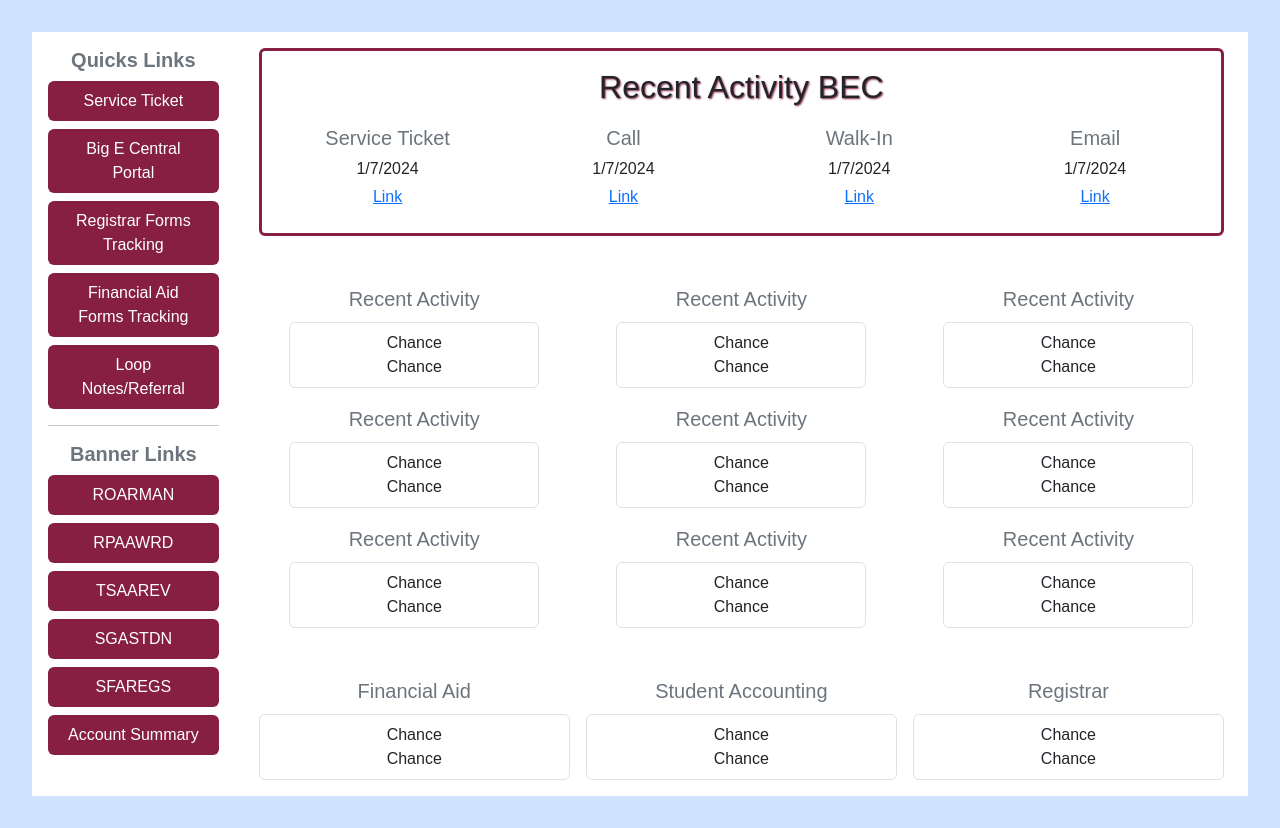
Repository: chancellor-w-whitaker/bec-tab
Page: /
An editor plug-in stored every save of this project. The page is shown before and after the next save, followed by the edit.
The browser window is 1280 px wide. The pictures show the whole page.
Some web fonts or font styles are not loaded; a fallback is used. The project was rebuilt for these pictures with package versions that can differ from the ones it lists, and the page was loaded fresh each time. Also part of the build but not shown: vite.config.js.

Above is the page before, as saved 2024-01-07 19:07:29.

### src/main.jsx
// Bootstrap Bundle JS
import "bootstrap/dist/js/bootstrap.bundle.min";
// Bootstrap CSS
import "bootstrap/dist/css/bootstrap.min.css";
import ReactDOM from "react-dom/client";
import React from "react";

import App from "./App.jsx";
import "./index.css";

ReactDOM.createRoot(document.getElementById("root")).render(
  <React.StrictMode>
    <App />
  </React.StrictMode>
);

### src/App.jsx
import { useEffect } from "react";

import "./App.css";

const genericSentences = [
  `It is a long established fact that a reader will be distracted by the readable content of a page when looking at its layout.`,
  `The point of using Lorem Ipsum is that it has a more-or-less normal distribution of letters, as opposed to using 'Content here, content here', making it look like readable English.`,
  `Many desktop publishing packages and web page editors now use Lorem Ipsum as their default model text, and a search for 'lorem ipsum' will uncover many web sites still in their infancy.`,
  `Various versions have evolved over the years, sometimes by accident, sometimes on purpose (injected humour and the like).`,
];

const ekuMaroon = "#861f41";

const SomeBlock = ({
  paragraph = genericSentences.slice(0, 1).map((sen) => sen),
  href = "https://www.eku.edu/",
  title = "Chancellor",
  linkText = "Link",
  date,
}) => {
  return (
    <div className="p-2 d-flex flex-column gap-1 col">
      <div className="fs-5 text-secondary fw-medium">{title}</div>
      <div>{date}</div>
      <a rel="noreferrer" target="_blank" href={href}>
        {linkText}
      </a>
    </div>
  );
};

const ShadowyTitle = ({ children = "Placeholder" }) => {
  return (
    <div
      style={{ textShadow: `1px 1px 2px ${ekuMaroon}` }}
      className="fs-2 lh-sm"
    >
      {children}
    </div>
  );
};

const useBodyBgVariant = (bgVariant = "body-tertiary") => {
  useEffect(() => {
    document.body.classList.add(`bg-${bgVariant}`);

    return () => {
      document.body.classList.remove(`bg-${bgVariant}`);
    };
  }, [bgVariant]);
};

const Card = ({
  children = (
    <>
      <div>Chance</div>
      <div>Chance</div>
    </>
  ),
  title = "Recent Activity",
  width = 250,
}) => {
  return (
    <>
      <div className="d-flex flex-column gap-2 text-center" style={{ width }}>
        <div className="fs-5 text-secondary fw-medium">{title}</div>
        <div className="p-2 border rounded bg-white">{children}</div>
      </div>
    </>
  );
};

const NavItem = ({ href = "https://www.eku.edu/", ...rest }) => {
  return (
    <li className="nav-item">
      <a
        style={{ backgroundColor: ekuMaroon }}
        className="nav-link active"
        aria-current="page"
        rel="noreferrer"
        target="_blank"
        href={href}
        {...rest}
      ></a>
    </li>
  );
};

const Sidebar = () => {
  return (
    <>
      <div className="sidebar col-md-3 col-lg-2 p-3 bg-white">
        <div className="d-flex flex-column text-center">
          <div className="fs-5 mb-2 lh-sm fw-semibold text-secondary">
            Quicks Links
          </div>
          <ul className="nav nav-pills flex-column gap-2">
            <NavItem>Service Ticket</NavItem>
            <NavItem>Big E Central Portal</NavItem>
            <NavItem>Registrar Forms Tracking</NavItem>
            <NavItem>Financial Aid Forms Tracking</NavItem>
            <NavItem>Loop Notes/Referral</NavItem>
          </ul>
        </div>
        <hr></hr>
        <div className="d-flex flex-column text-center">
          <div className="fs-5 mb-2 lh-sm fw-semibold text-secondary">
            Banner Links
          </div>
          <ul className="nav nav-pills flex-column gap-2">
            <NavItem>ROARMAN</NavItem>
            <NavItem>RPAAWRD</NavItem>
            <NavItem>TSAAREV</NavItem>
            <NavItem>SGASTDN</NavItem>
            <NavItem>SFAREGS</NavItem>
            <NavItem>Account Summary</NavItem>
          </ul>
        </div>
      </div>
    </>
  );
};

const Main = () => {
  return (
    <>
      <div className="col-md-9 ms-sm-auto col-lg-10 px-md-4 py-3 bg-white">
        <div className="d-flex flex-column gap-5">
          {/* <div className="text-bg-light p-2"></div> */}
          {/* <Card width={"auto"}></Card> */}
          <div
            className="rounded text-center p-3 d-flex flex-column gap-2"
            style={{ border: `3px solid ${ekuMaroon}` }}
          >
            <ShadowyTitle>Recent Activity BEC</ShadowyTitle>
            <div className="d-flex gap-3 flex-wrap text-nowrap">
              <SomeBlock title={"Service Ticket"} date={"1/7/2024"}></SomeBlock>
              <SomeBlock date={"1/7/2024"} title={"Call"}></SomeBlock>
              <SomeBlock date={"1/7/2024"} title={"Walk-In"}></SomeBlock>
              <SomeBlock date={"1/7/2024"} title={"Email"}></SomeBlock>
            </div>
          </div>
          <div className="d-flex flex-row flex-wrap justify-content-around gap-3">
            <Card></Card>
            <Card></Card>
            <Card></Card>
            <Card></Card>
            <Card></Card>
            <Card></Card>
            <Card></Card>
            <Card></Card>
            <Card></Card>
          </div>
          <div className="d-flex flex-row gap-3">
            <Card title="Financial Aid" width="100%"></Card>
            <Card title="Student Accounting" width="100%"></Card>
            <Card title="Registrar" width="100%"></Card>
          </div>
        </div>
      </div>
    </>
  );
};

const App = () => {
  useBodyBgVariant("primary-subtle");

  return (
    <div className="container-fluid">
      <div className="row">
        <Sidebar></Sidebar>
        <Main></Main>
      </div>
    </div>
  );
};

export default App;

### src/index.css
@font-face {
  font-family: poppins;
  font-style: normal;
  font-weight: 400;
  src: local("Poppins"),
    url(https://fonts.cdnfonts.com/s/16009/Poppins-Regular.woff) format("woff");
}
@font-face {
  font-family: poppins;
  font-style: normal;
  font-weight: 400;
  src: local("Poppins"),
    url(https://fonts.cdnfonts.com/s/16009/Poppins-Regular.woff) format("woff");
}
@font-face {
  font-family: poppins;
  font-style: italic;
  font-weight: 400;
  src: local("Poppins"),
    url(https://fonts.cdnfonts.com/s/16009/Poppins-Italic.woff) format("woff");
}
@font-face {
  font-family: poppins;
  font-style: italic;
  font-weight: 400;
  src: local("Poppins"),
    url(https://fonts.cdnfonts.com/s/16009/Poppins-Italic.woff) format("woff");
}
@font-face {
  font-family: poppins;
  font-style: normal;
  font-weight: 250;
  src: local("Poppins"),
    url(https://fonts.cdnfonts.com/s/16009/Poppins-Thin.woff) format("woff");
}
@font-face {
  font-family: poppins;
  font-style: normal;
  font-weight: 250;
  src: local("Poppins"),
    url(https://fonts.cdnfonts.com/s/16009/Poppins-Thin.woff) format("woff");
}
@font-face {
  font-family: poppins;
  font-style: italic;
  font-weight: 250;
  src: local("Poppins"),
    url(https://fonts.cdnfonts.com/s/16009/Poppins-ThinItalic.woff)
      format("woff");
}
@font-face {
  font-family: poppins;
  font-style: italic;
  font-weight: 250;
  src: local("Poppins"),
    url(https://fonts.cdnfonts.com/s/16009/Poppins-ThinItalic.woff)
      format("woff");
}
@font-face {
  font-family: poppins;
  font-style: normal;
  font-weight: 275;
  src: local("Poppins"),
    url(https://fonts.cdnfonts.com/s/16009/Poppins-ExtraLight.woff)
      format("woff");
}
@font-face {
  font-family: poppins;
  font-style: normal;
  font-weight: 275;
  src: local("Poppins"),
    url(https://fonts.cdnfonts.com/s/16009/Poppins-ExtraLight.woff)
      format("woff");
}
@font-face {
  font-family: poppins;
  font-style: italic;
  font-weight: 275;
  src: local("Poppins"),
    url(https://fonts.cdnfonts.com/s/16009/Poppins-ExtraLightItalic.woff)
      format("woff");
}
@font-face {
  font-family: poppins;
  font-style: italic;
  font-weight: 275;
  src: local("Poppins"),
    url(https://fonts.cdnfonts.com/s/16009/Poppins-ExtraLightItalic.woff)
      format("woff");
}
@font-face {
  font-family: poppins;
  font-style: normal;
  font-weight: 300;
  src: local("Poppins"),
    url(https://fonts.cdnfonts.com/s/16009/Poppins-Light.woff) format("woff");
}
@font-face {
  font-family: poppins;
  font-style: normal;
  font-weight: 300;
  src: local("Poppins"),
    url(https://fonts.cdnfonts.com/s/16009/Poppins-Light.woff) format("woff");
}
@font-face {
  font-family: poppins;
  font-style: italic;
  font-weight: 300;
  src: local("Poppins"),
    url(https://fonts.cdnfonts.com/s/16009/Poppins-LightItalic.woff)
      format("woff");
}
@font-face {
  font-family: poppins;
  font-style: italic;
  font-weight: 300;
  src: local("Poppins"),
    url(https://fonts.cdnfonts.com/s/16009/Poppins-LightItalic.woff)
      format("woff");
}
@font-face {
  font-family: poppins;
  font-style: normal;
  font-weight: 500;
  src: local("Poppins"),
    url(https://fonts.cdnfonts.com/s/16009/Poppins-Medium.woff) format("woff");
}
@font-face {
  font-family: poppins;
  font-style: normal;
  font-weight: 500;
  src: local("Poppins"),
    url(https://fonts.cdnfonts.com/s/16009/Poppins-Medium.woff) format("woff");
}
@font-face {
  font-family: poppins;
  font-style: italic;
  font-weight: 500;
  src: local("Poppins"),
    url(https://fonts.cdnfonts.com/s/16009/Poppins-MediumItalic.woff)
      format("woff");
}
@font-face {
  font-family: poppins;
  font-style: italic;
  font-weight: 500;
  src: local("Poppins"),
    url(https://fonts.cdnfonts.com/s/16009/Poppins-MediumItalic.woff)
      format("woff");
}
@font-face {
  font-family: poppins;
  font-style: normal;
  font-weight: 600;
  src: local("Poppins"),
    url(https://fonts.cdnfonts.com/s/16009/Poppins-SemiBold.woff) format("woff");
}
@font-face {
  font-family: poppins;
  font-style: normal;
  font-weight: 600;
  src: local("Poppins"),
    url(https://fonts.cdnfonts.com/s/16009/Poppins-SemiBold.woff) format("woff");
}
@font-face {
  font-family: poppins;
  font-style: italic;
  font-weight: 600;
  src: local("Poppins"),
    url(https://fonts.cdnfonts.com/s/16009/Poppins-SemiBoldItalic.woff)
      format("woff");
}
@font-face {
  font-family: poppins;
  font-style: italic;
  font-weight: 600;
  src: local("Poppins"),
    url(https://fonts.cdnfonts.com/s/16009/Poppins-SemiBoldItalic.woff)
      format("woff");
}
@font-face {
  font-family: poppins;
  font-style: normal;
  font-weight: 700;
  src: local("Poppins"),
    url(https://fonts.cdnfonts.com/s/16009/Poppins-Bold.woff) format("woff");
}
@font-face {
  font-family: poppins;
  font-style: normal;
  font-weight: 700;
  src: local("Poppins"),
    url(https://fonts.cdnfonts.com/s/16009/Poppins-Bold.woff) format("woff");
}
@font-face {
  font-family: poppins;
  font-style: italic;
  font-weight: 700;
  src: local("Poppins"),
    url(https://fonts.cdnfonts.com/s/16009/Poppins-BoldItalic.woff)
      format("woff");
}
@font-face {
  font-family: poppins;
  font-style: italic;
  font-weight: 700;
  src: local("Poppins"),
    url(https://fonts.cdnfonts.com/s/16009/Poppins-BoldItalic.woff)
      format("woff");
}
@font-face {
  font-family: poppins;
  font-style: normal;
  font-weight: 800;
  src: local("Poppins"),
    url(https://fonts.cdnfonts.com/s/16009/Poppins-ExtraBold.woff)
      format("woff");
}
@font-face {
  font-family: poppins;
  font-style: normal;
  font-weight: 800;
  src: local("Poppins"),
    url(https://fonts.cdnfonts.com/s/16009/Poppins-ExtraBold.woff)
      format("woff");
}
@font-face {
  font-family: poppins;
  font-style: italic;
  font-weight: 800;
  src: local("Poppins"),
    url(https://fonts.cdnfonts.com/s/16009/Poppins-ExtraBoldItalic.woff)
      format("woff");
}
@font-face {
  font-family: poppins;
  font-style: italic;
  font-weight: 800;
  src: local("Poppins"),
    url(https://fonts.cdnfonts.com/s/16009/Poppins-ExtraBoldItalic.woff)
      format("woff");
}
@font-face {
  font-family: poppins;
  font-style: normal;
  font-weight: 900;
  src: local("Poppins"),
    url(https://fonts.cdnfonts.com/s/16009/Poppins-Black.woff) format("woff");
}
@font-face {
  font-family: poppins;
  font-style: normal;
  font-weight: 900;
  src: local("Poppins"),
    url(https://fonts.cdnfonts.com/s/16009/Poppins-Black.woff) format("woff");
}
@font-face {
  font-family: poppins;
  font-style: italic;
  font-weight: 900;
  src: local("Poppins"),
    url(https://fonts.cdnfonts.com/s/16009/Poppins-BlackItalic.woff)
      format("woff");
}
@font-face {
  font-family: poppins;
  font-style: italic;
  font-weight: 900;
  src: local("Poppins"),
    url(https://fonts.cdnfonts.com/s/16009/Poppins-BlackItalic.woff)
      format("woff");
}

:root,
[data-bs-theme="light"] {
  --bs-font-sans-serif: "Poppins", sans-serif;

  --bs-box-shadow: 0px 3px 3px -2px rgba(0, 0, 0, 0.2),
    0px 3px 4px 0px rgba(0, 0, 0, 0.14), 0px 1px 8px 0px rgba(0, 0, 0, 0.12);
  --bs-box-shadow-sm: 0px 3px 1px -2px rgba(0, 0, 0, 0.2),
    0px 2px 2px 0px rgba(0, 0, 0, 0.14), 0px 1px 5px 0px rgba(0, 0, 0, 0.12);
  --bs-box-shadow-lg: 0px 2px 4px -1px rgba(0, 0, 0, 0.2),
    0px 4px 5px 0px rgba(0, 0, 0, 0.14), 0px 1px 10px 0px rgba(0, 0, 0, 0.12);
}

Loaded but not shown: index.html (common file); src/App.css (common file)

After the next save:
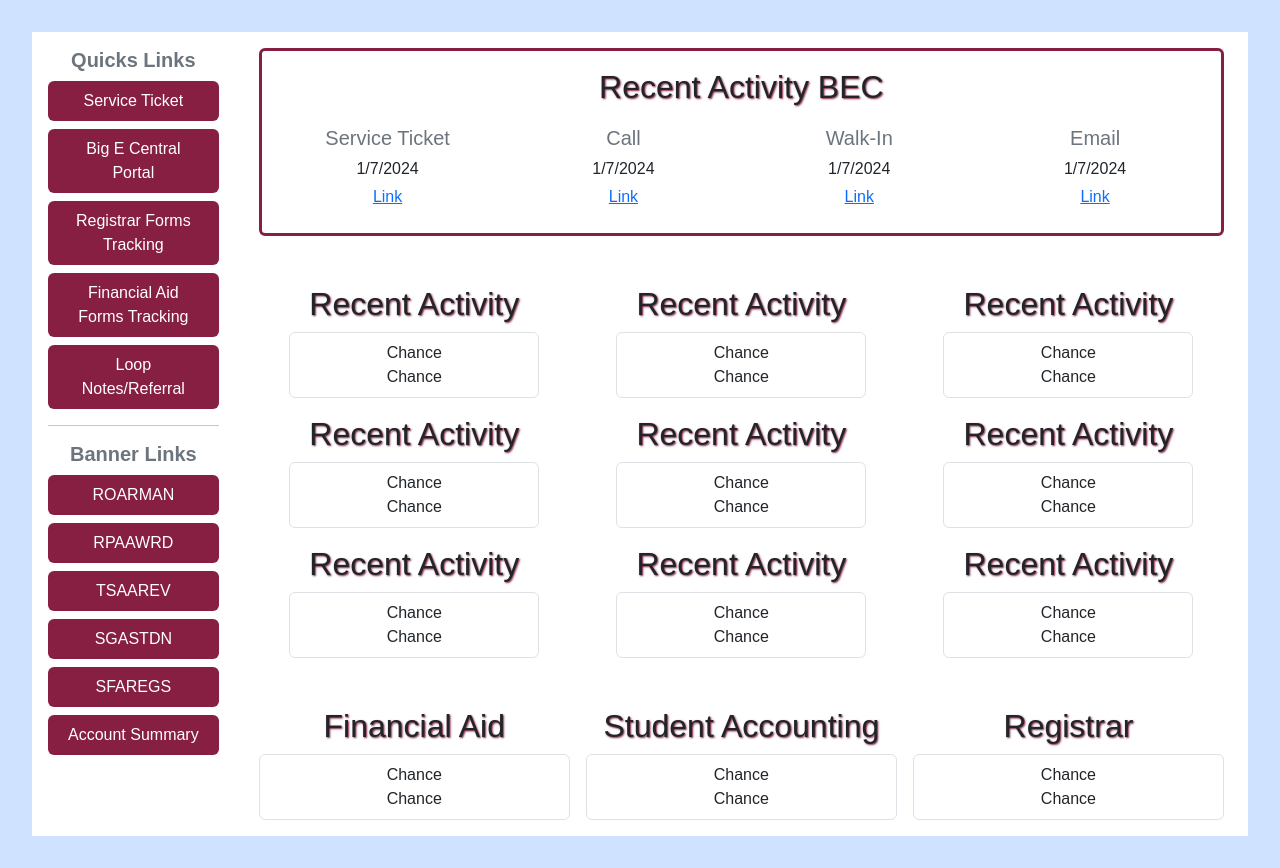
Saved 40 s later.
--- a/src/App.jsx
+++ b/src/App.jsx
@@ -63,7 +63,7 @@
   return (
     <>
       <div className="d-flex flex-column gap-2 text-center" style={{ width }}>
-        <div className="fs-5 text-secondary fw-medium">{title}</div>
+        <ShadowyTitle>{title}</ShadowyTitle>
         <div className="p-2 border rounded bg-white">{children}</div>
       </div>
     </>

After the save that followed:
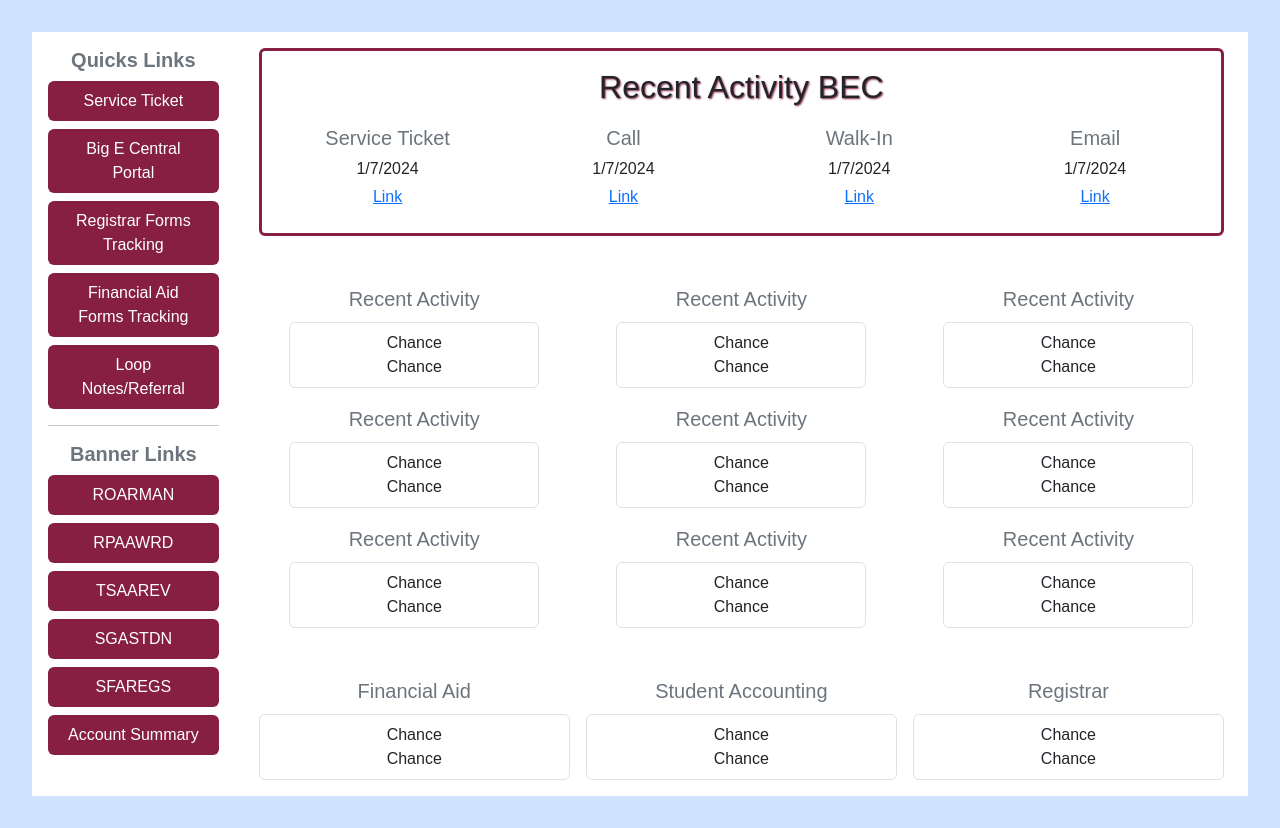
Saved 69 s later.
--- a/src/App.jsx
+++ b/src/App.jsx
@@ -57,13 +57,13 @@
       <div>Chance</div>
     </>
   ),
-  title = "Recent Activity",
+  title = <div className="fs-5 text-secondary fw-medium">Recent Activity</div>,
   width = 250,
 }) => {
   return (
     <>
       <div className="d-flex flex-column gap-2 text-center" style={{ width }}>
-        <ShadowyTitle>{title}</ShadowyTitle>
+        <div className="fs-5 text-secondary fw-medium">{title}</div>
         <div className="p-2 border rounded bg-white">{children}</div>
       </div>
     </>
